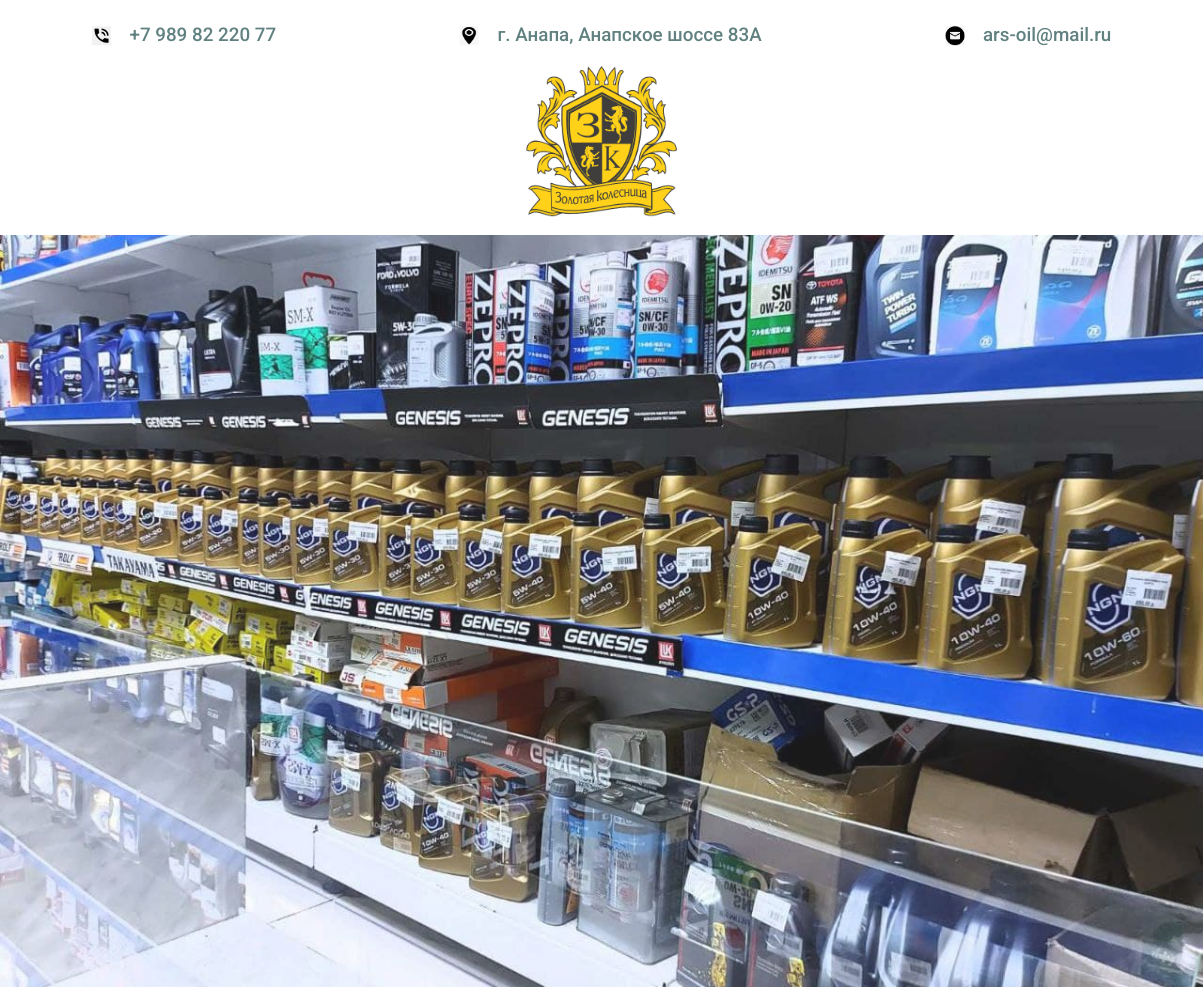
Repository: Vahe4836/new-project--Vahe
Page: /
An editor plug-in stored every save of this project. The page is shown before and after a run of saves, followed by the edit.
The browser window is 1280 px wide. The pictures show the whole page, at 94% of full size.
The project was rebuilt for these pictures with package versions that can differ from the ones it lists, and the page was loaded fresh each time.

Above is the page before, as saved 2022-02-25 15:10:18.

### public/index.html
<!DOCTYPE html>
<html lang="en">
  <head>
    <meta charset="utf-8" />
    <link rel="icon" href="%PUBLIC_URL%/favicon.ico" />
    <meta name="viewport" content="width=device-width, initial-scale=1" />
    <meta name="theme-color" content="#000000" />
    <meta
      name="description"
      content="Web site created using create-react-app"
    />
    <link rel="apple-touch-icon" href="%PUBLIC_URL%/logo192.png" />
    <!--
      manifest.json provides metadata used when your web app is installed on a
      user's mobile device or desktop. See https://developers.google.com/web/fundamentals/web-app-manifest/
    -->
    <link rel="manifest" href="%PUBLIC_URL%/manifest.json" />
    <!--
      Notice the use of %PUBLIC_URL% in the tags above.
      It will be replaced with the URL of the `public` folder during the build.
      Only files inside the `public` folder can be referenced from the HTML.

      Unlike "/favicon.ico" or "favicon.ico", "%PUBLIC_URL%/favicon.ico" will
      work correctly both with client-side routing and a non-root public URL.
      Learn how to configure a non-root public URL by running `npm run build`.
    -->
    <title>Золотая колесница</title>
  </head>
  <body>
    <noscript>You need to enable JavaScript to run this app.</noscript>
    <div id="root"></div>
    <!--
      This HTML file is a template.
      If you open it directly in the browser, you will see an empty page.

      You can add webfonts, meta tags, or analytics to this file.
      The build step will place the bundled scripts into the <body> tag.

      To begin the development, run `npm start` or `yarn start`.
      To create a production bundle, use `npm run build` or `yarn build`.
    -->
  </body>
</html>

### src/App.js
import React from 'react';
import './App.css';
import Header from './Layouts/Header/Header';

function App() {
  return (
    <Header />
  )

}

export default App;

### src/Layouts/Header/Header.jsx
import React from "react";
import style from "./Header.module.scss";
import geo from "../../Images/Geo.png";
import mail from "../../Images/mail.jpg";
import tel from "../../Images/Tel.png";
import logo from "../../Images/logo.png";

export default function Header() {
  return (
    <>
      <div className={style.adressbox}>
        <ul>
          <li>
            {" "}
            <img src={tel} width={20} height={20} alt="" />{" "}
            <p>+7 989 82 220 77</p>{" "}
          </li>
          <li>
            {" "}
            <img src={geo} width={20} height={20} alt="" />{" "}
            <p>г. Анапа, Анапское шоссе 83А</p>{" "}
          </li>
          <li>
            {" "}
            <img src={mail} width={20} height={20} alt="" />{" "}
            <p>ars-oil@mail.ru</p>{" "}
          </li>
        </ul>
      </div>

        <div className={style.logo}>
          <img src={logo} width={160} height={160} alt="" />
        </div>
      <div className={style.Main}>

      </div>
    </>
  );
}

### src/Layouts/Header/Header.module.scss
@import url('https://fonts.googleapis.com/css2?family=Roboto:wght@400;500&display=swap');

$ffamily:  'Roboto', sans-serif;

*{
    font-family: $ffamily;
}

.adressbox{
    width: 100%;
    height: 70px;


    >ul{
        display: flex;
        justify-content: space-around;
        padding-top: 25px;
        >li{
            list-style: none;
            display: flex;

            >img{
                margin-top: 3px;
            }

            >p{
                margin-left: 20px;
                color: rgb(97, 128, 128);
                font-size: 20px;
                font-weight: 500;

            }
        }
    }
}

.logo{
    width: 100%;
    height: 180px;
    display: flex;
    justify-content: center;
    opacity: 0.9 !important;
}

.Main{
    width: 100%;
    min-height: 800px;
    background-image: url("../../Images/background.jpg");
    background-position: center;
    background-repeat: no-repeat;
    background-size: cover;
    opacity: 0.9;

}

Loaded but not shown: src/index.js (common file); src/index.css (common file); src/reportWebVitals.js (common file); src/App.css (common file)

After the next 5 saves:
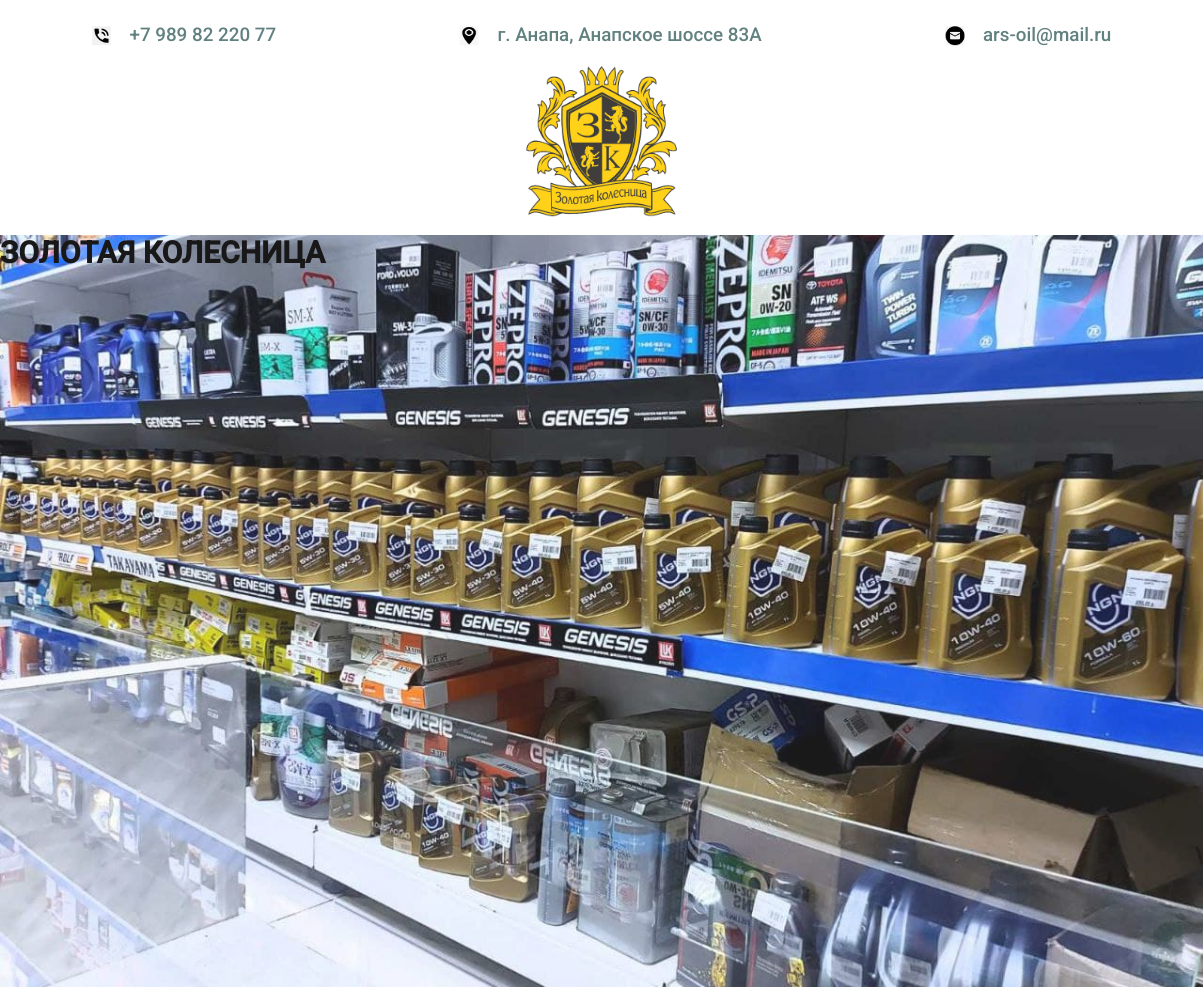
The 5 saves are shown as one change because they came seconds apart.
The last was saved 28 s later.
--- a/src/Layouts/Header/Header.jsx
+++ b/src/Layouts/Header/Header.jsx
@@ -32,7 +32,7 @@
           <img src={logo} width={160} height={160} alt="" />
         </div>
       <div className={style.Main}>
-
+        <h1>ЗОЛОТАЯ КОЛЕСНИЦА</h1>
       </div>
     </>
   );

After the 2 saves that followed:
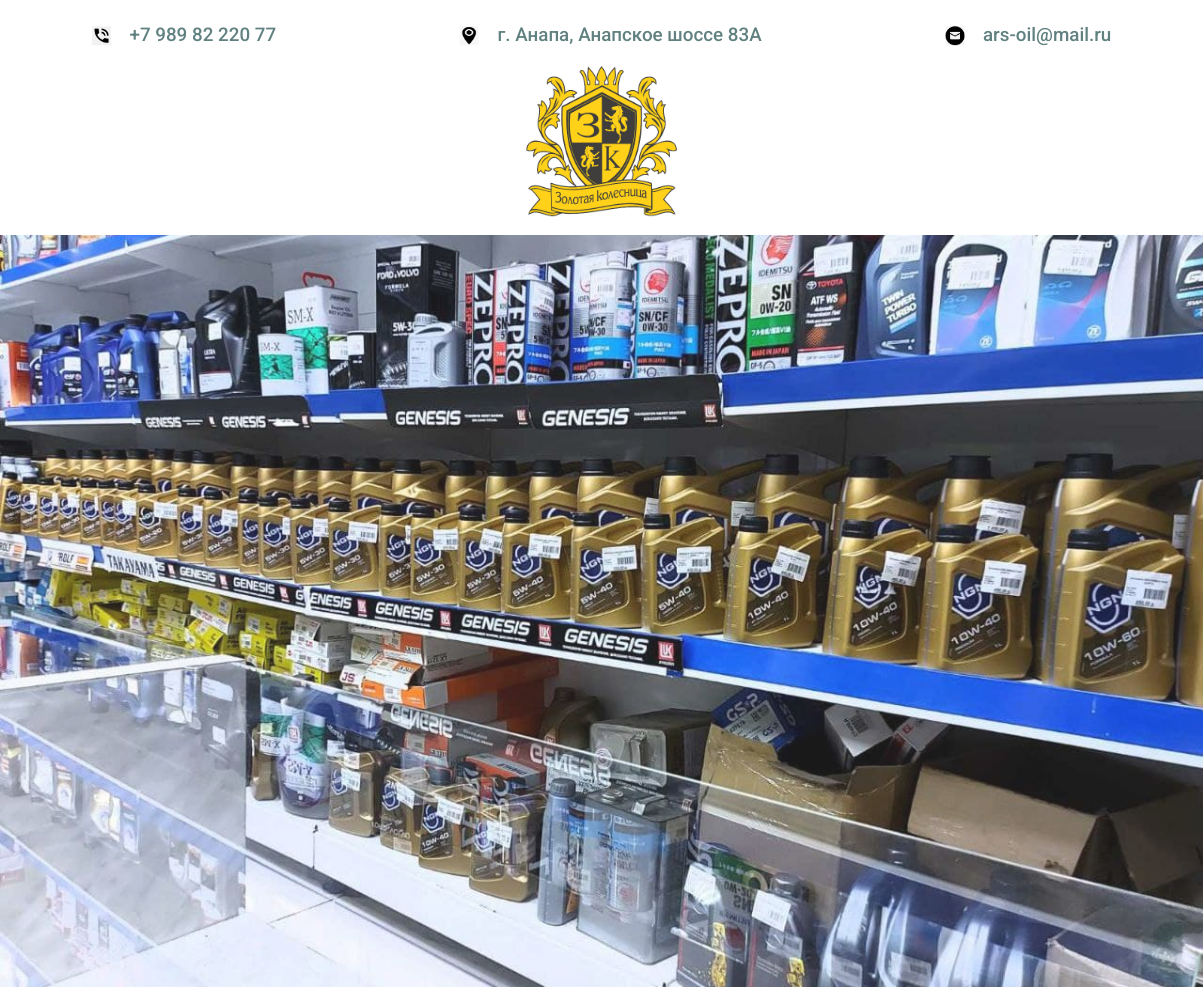
The 2 saves are shown as one change because 1 did not build or start.
The last was saved 47 s later.
--- a/src/Layouts/Header/Header.jsx
+++ b/src/Layouts/Header/Header.jsx
@@ -32,7 +32,9 @@
           <img src={logo} width={160} height={160} alt="" />
         </div>
       <div className={style.Main}>
-        <h1>ЗОЛОТАЯ КОЛЕСНИЦА</h1>
+        <div className={style.forText} >
+
+        </div>
       </div>
     </>
   );
